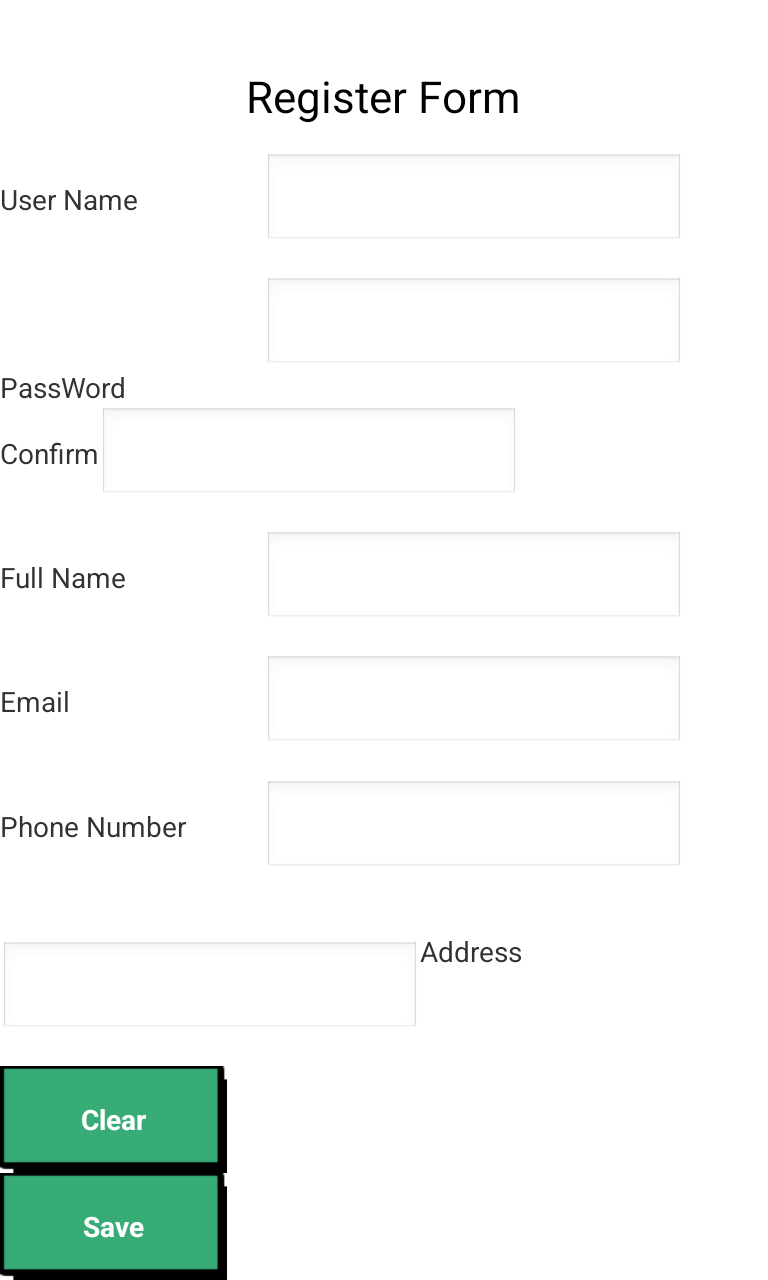
Repository: VanThi/Smart_Order
Layout: Project OS/Project_SO/res/layout/activity_register.xml
An editor plug-in stored every save of this project. The layout is shown before and after the next save, followed by the edit.
It is drawn on a 768 x 1280 px phone screen (xhdpi) without system bars, with theme android:Theme.Light.NoTitleBar.Fullscreen; the app's code is not run.

Above is the layout before, as saved 2013-11-09 11:41:17.

After the next save:
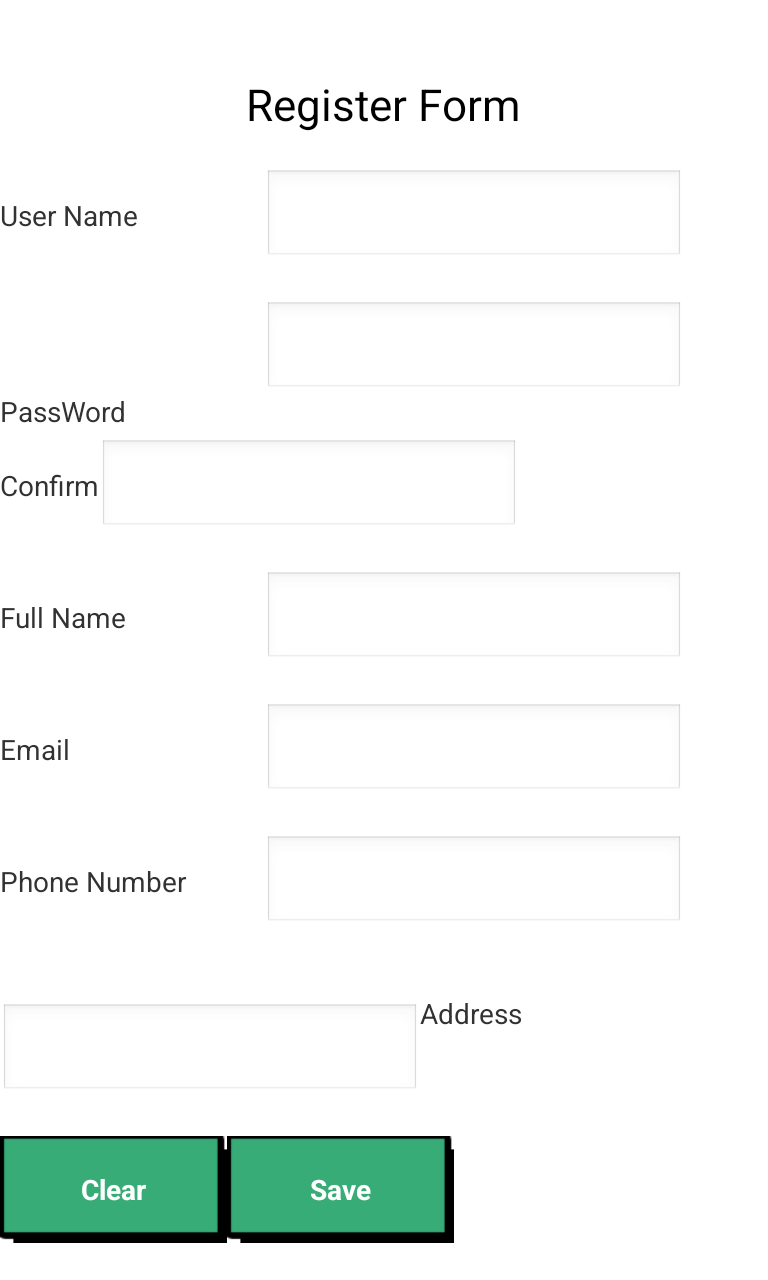
Saved 60 s later.
--- a/Project OS/Project_SO/res/layout/activity_register.xml
+++ b/Project OS/Project_SO/res/layout/activity_register.xml
@@ -157,9 +157,7 @@
         android:id="@+id/et_address"
         android:layout_width="wrap_content"
         android:layout_height="wrap_content"
-        android:layout_below="@+id/et_phoneNumber"
         android:layout_marginTop="18dp"
-        android:layout_toRightOf="@+id/tv_phoneNumber"
         android:ems="10"
         android:inputType="text" />
 
@@ -170,14 +168,19 @@
         android:ems="8"
         android:text="@string/address" />
     </LinearLayout>
+
+    <LinearLayout
+        android:layout_width="wrap_content"
+        android:layout_height="wrap_content"
+        android:layout_weight="1"
+        android:orientation="horizontal"
+        >
     <Button
         android:id="@+id/clear"
         style="@style/Button"
         android:layout_width="wrap_content"
         android:layout_height="wrap_content"
         android:text="@string/clear" />
-
-
 
     <Button
         android:id="@+id/save"
@@ -186,5 +189,6 @@
         android:layout_height="wrap_content"
         android:layout_marginRight="16dp"
         android:text="@string/save" />
+    </LinearLayout>
 
 </LinearLayout>
